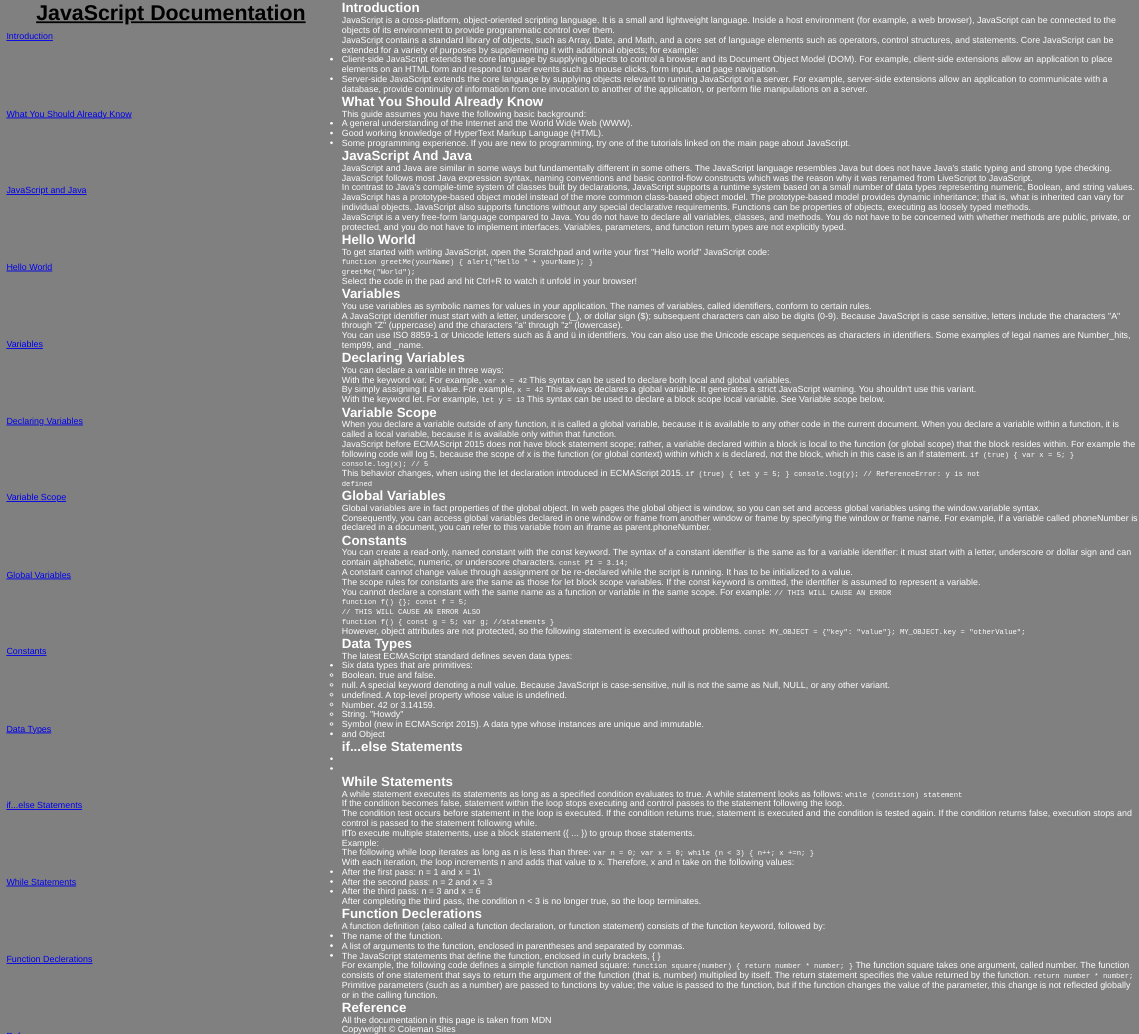
Repository: ctcoleman/technicalDocumentationPage
Page: index.html
These files come from the project's save history. The page is drawn as it stood at one moment and after a run of saves; the edit follows.
The browser window is 1280 px wide. The pictures show the whole page, at 89% of full size.

Above is the page before, as saved 2020-07-10 19:49:53.

### index.html
<!DOCTYPE html>
<html lang="en">

<head>
  <meta charset="UTF-8">
  <meta name="viewport" content="width=device-width, initial-scale=1.0">
  <title>FCC: Technical Documentation Page</title>
  <link type="text/css" rel="stylesheet" href="/assets/stylesheets/style.css">
</head>

<body>

  <nav id="navbar">
    <header id="main-heading">
      <h1>JavaScript Documentation</h1>
    </header>
    <div class="nav-container">
      <a class="nav-link" href="#introduction">Introduction</a>
      <a class="nav-link" href="#what_you_should_already_know">What You Should Already Know</a>
      <a class="nav-link" href="#javaScript_and_java">JavaScript and Java</a>
      <a class="nav-link" href="#hello_world">Hello World</a>
      <a class="nav-link" href="#variables">Variables</a>
      <a class="nav-link" href="#declaring_variables">Declaring Variables</a>
      <a class="nav-link" href="#variable_scope">Variable Scope</a>
      <a class="nav-link" href="#global_variables">Global Variables</a>
      <a class="nav-link" href="#constants">Constants</a>
      <a class="nav-link" href="#data_types">Data Types</a>
      <a class="nav-link" href="#if...else_statements">if...else Statements</a>
      <a class="nav-link" href="#while_statements">While Statements</a>
      <a class="nav-link" href="#function_declerations">Function Declerations</a>
      <a class="nav-link" href="#reference">Reference</a>
    </div>
  </nav>

  <main id="main-doc">

    <section class="main-section" id="introduction">
      <header class="topic-header">
        <h2>Introduction</h2>
      </header>
      <article>
        <p>
          JavaScript is a cross-platform, object-oriented scripting language. It is a small and lightweight language.
          Inside a host environment (for example, a web browser), JavaScript can be connected to the objects of its
          environment to provide programmatic control over them.
        </p>
        <p>
          JavaScript contains a standard library of objects, such as Array, Date, and Math, and a core set of language
          elements such as operators, control structures, and statements. Core JavaScript can be extended for a variety
          of purposes by supplementing it with additional objects; for example:
        <ul>
          <li>Client-side JavaScript extends the core language by supplying objects to control a browser and its
            Document Object Model (DOM). For example, client-side extensions allow an application to place elements on
            an HTML form and respond to user events such as mouse clicks, form input, and page navigation.</li>
          <li>Server-side JavaScript extends the core language by supplying objects relevant to running JavaScript on a
            server. For example, server-side extensions allow an application to communicate with a database, provide
            continuity of information from one invocation to another of the application, or perform file manipulations
            on a server.</li>
        </ul>
        </p>
      </article>
    </section>

    <section class="main-section" id="what_you_should_already_know">
      <header class="topic-header">
        <h2>What You Should Already Know</h2>
      </header>
      <article>
        <p>
          This guide assumes you have the following basic background:
        <ul>
          <li>A general understanding of the Internet and the World Wide Web (WWW).
          </li>
          <li>Good working knowledge of HyperText Markup Language (HTML).
          </li>
          <li>Some programming experience. If you are new to programming, try one of the tutorials linked on the main
            page about JavaScript.
          </li>
        </ul>
        </p>
      </article>
    </section>

    <section class="main-section" id="javaScript_and_java">
      <header class="topic-header">
        <h2>JavaScript And Java</h2>
      </header>
      <article>
        <p>
          JavaScript and Java are similar in some ways but fundamentally different in some others. The JavaScript
          language resembles Java but does not have Java's static typing and strong type checking. JavaScript follows
          most Java expression syntax, naming conventions and basic control-flow constructs which was the reason why it
          was renamed from LiveScript to JavaScript.
        </p>
        <p>
          In contrast to Java's compile-time system of classes built by declarations, JavaScript supports a runtime
          system based on a small number of data types representing numeric, Boolean, and string values. JavaScript has
          a prototype-based object model instead of the more common class-based object model. The prototype-based model
          provides dynamic inheritance; that is, what is inherited can vary for individual objects. JavaScript also
          supports functions without any special declarative requirements. Functions can be properties of objects,
          executing as loosely typed methods.
        </p>
        <p>
          JavaScript is a very free-form language compared to Java. You do not have to declare all variables, classes,
          and methods. You do not have to be concerned with whether methods are public, private, or protected, and you
          do not have to implement interfaces. Variables, parameters, and function return types are not explicitly
          typed.
        </p>
      </article>
    </section>

    <section class="main-section" id="hello_world">
      <header class="topic-header">
        <h2>Hello World</h2>
      </header>
      <article>
        <p>
          To get started with writing JavaScript, open the Scratchpad and write your first "Hello world" JavaScript
          code:
        </p>
        <code>
          function greetMe(yourName) { alert("Hello " + yourName); }<br>
          greetMe("World");
        </code>
        <p>
          Select the code in the pad and hit Ctrl+R to watch it unfold in your browser!
        </p>
      </article>
    </section>

    <section class="main-section" id="variables">
      <header class="topic-header">
        <h2>Variables</h2>
      </header>
      <article>
        <p>
          You use variables as symbolic names for values in your application. The names of variables, called
          identifiers, conform to certain rules.
        </p>
        <p>
          A JavaScript identifier must start with a letter, underscore (_), or dollar sign ($); subsequent characters
          can also be digits (0-9). Because JavaScript is case sensitive, letters include the characters "A" through "Z"
          (uppercase) and the characters "a" through "z" (lowercase).
        </p>
        <p>
          You can use ISO 8859-1 or Unicode letters such as å and ü in identifiers. You can also use the Unicode escape
          sequences as characters in identifiers. Some examples of legal names are Number_hits, temp99, and _name.
        </p>
      </article>
    </section>

    <section class="main-section" id="declaring_variables">
      <header class="topic-header">
        <h2>Declaring Variables</h2>
      </header>
      <article>
        <p>
          You can declare a variable in three ways:
        </p>
        <p>
          With the keyword var. For example,
          <code> var x = 42</code>
          This syntax can be used to declare both local and global variables.
        </p>
        <p>
          By simply assigning it a value. For example,
          <code>x = 42</code>
          This always declares a global variable. It generates a strict JavaScript warning. You shouldn't use this
          variant.
        </p>
        <p>
          With the keyword let. For example,
          <code>let y = 13</code>
          This syntax can be used to declare a block scope local variable. See Variable scope below.
        </p>
      </article>
    </section>

    <section class="main-section" id="variable_scope">
      <header class="topic-header">
        <h2>Variable Scope</h2>
      </header>
      <article>
        <p>
          When you declare a variable outside of any function, it is called a global variable, because it is available
          to any other code in the current document. When you declare a variable within a function, it is called a local
          variable, because it is available only within that function.
        </p>
        <p>
          JavaScript before ECMAScript 2015 does not have block statement scope; rather, a variable declared within a
          block is local to the function (or global scope) that the block resides within. For example the following code
          will log 5, because the scope of x is the function (or global context) within which x is declared, not the
          block, which in this case is an if statement.
          <code>if (true) { var x = 5; } console.log(x); // 5</code>
        </p>
        <p>
          This behavior changes, when using the let declaration introduced in ECMAScript 2015.
          <code>if (true) { let y = 5; } console.log(y); // ReferenceError: y is not<br>
          defined</code>
        </p>
      </article>
    </section>

    <section class="main-section" id="global_variables">
      <header class="topic-header">
        <h2>Global Variables</h2>
      </header>
      <article>
        <p>
          Global variables are in fact properties of the global object. In web pages the global object is window, so you
          can set and access global variables using the window.variable syntax.
        </p>
        <p>
          Consequently, you can access global variables declared in one window or frame from another window or frame by
          specifying the window or frame name. For example, if a variable called phoneNumber is declared in a document,
          you can refer to this variable from an iframe as parent.phoneNumber.
        </p>
      </article>
    </section>

    <section class="main-section" id="constants">
      <header class="topic-header">
        <h2>Constants</h2>
      </header>
      <article>
        <p>
          You can create a read-only, named constant with the const keyword. The syntax of a constant identifier is the
          same as for a variable identifier: it must start with a letter, underscore or dollar sign and can contain
          alphabetic, numeric, or underscore characters.
          <code>const PI = 3.14;</code>
        </p>
        <p>
          A constant cannot change value through assignment or be re-declared while the script is running. It has to be
          initialized to a value.
          <br>
          The scope rules for constants are the same as those for let block scope variables. If the const keyword is
          omitted, the identifier is assumed to represent a variable.
          <br>
          You cannot declare a constant with the same name as a function or variable in the same scope. For example:
          <code>
            // THIS WILL CAUSE AN ERROR<br> function f() {}; const f = 5;<br> // THIS WILL
            CAUSE AN ERROR ALSO<br> function f() { const g = 5; var g; //statements
            }
          </code>
        </p>
        <p>
          However, object attributes are not protected, so the following statement is executed without problems.

          <code>
            const MY_OBJECT = {"key": "value"}; MY_OBJECT.key = "otherValue";
          </code>
        </p>
      </article>
    </section>

    <section class="main-section" id="data_types">
      <header class="topic-header">
        <h2>Data Types</h2>
      </header>
      <article>
        <p>
          The latest ECMAScript standard defines seven data types:
        <ul>
          <li>Six data types that are primitives:</li>
          <ul>
            <li>Boolean. true and false.</li>
            <li>null. A special keyword denoting a null value. Because JavaScript is case-sensitive, null is not the
              same as Null, NULL,
              or any other variant.</li>
            <li>undefined. A top-level property whose value is undefined.</li>
            <li>Number. 42 or 3.14159.</li>
            <li>String. "Howdy"</li>
            <li>Symbol (new in ECMAScript 2015). A data type whose instances are unique and immutable.</li>
          </ul>
          <li>and Object</li>
        </ul>
        </p>
        <p>

        </p>
      </article>
    </section>

    <section class="main-section" id="if...else_statements">
      <header class="topic-header">
        <h2>if...else Statements</h2>
      </header>
      <article>
        <p>
        <ul>
          <li></li>
          <li></li>
        </ul>
        </p>
        <p>

        </p>
      </article>
    </section>

    <section class="main-section" id="while_statements">
      <header class="topic-header">
        <h2>While Statements</h2>
      </header>
      <article>
        <p>
          A while statement executes its statements as long as a specified condition evaluates to true. A while
          statement looks as
          follows:
          <code>while (condition) statement</code>
        </p>
        <p>
          If the condition becomes false, statement within the loop stops executing and control passes to the statement
          following the loop.
          <br>
          The condition test occurs before statement in the loop is executed. If the condition returns true, statement
          is executed and the condition is tested again. If the condition returns false, execution stops and control is
          passed to the statement following while.
        </p>
        <p>
          IfTo execute multiple statements, use a block statement ({ ... }) to group those statements.
          <br>
          Example:
          <br>
          The following while loop iterates as long as n is less than three:
          <code>
            var n = 0; var x = 0; while (n < 3) { n++; x +=n; }
          </code>
        </p>
        <p>
          With each iteration, the loop increments n and adds that value to x. Therefore, x and n take on the following
          values:
        <ul>
          <li>
            After the first pass: n = 1 and x = 1\
          </li>
          <li>
            After the second pass: n = 2 and x = 3
          </li>
          <li>
            After the third pass: n = 3 and x = 6
          </li>
        </ul>
        After completing the third pass, the condition n < 3 is no longer true, so the loop terminates. </p>
      </article>
    </section>

    <section class="main-section" id="function_declerations">
      <header class="topic-header">
        <h2>Function Declerations</h2>
      </header>
      <article>
        <p>
          A function definition (also called a function declaration, or function statement) consists of the function
          keyword, followed by:
        <ul>
          <li>The name of the function.</li>
          <li>A list of arguments to the function, enclosed in parentheses and separated by commas.</li>
          <li>The JavaScript statements that define the function, enclosed in curly brackets, { }</li>
        </ul>
        </p>
        For example, the following code defines a simple function named square:
        <code>function square(number) { return number * number; }</code>
        The function square takes one argument, called number. The function consists of one statement that says to
        return the
        argument of the function (that is, number) multiplied by itself. The return statement specifies the value
        returned by
        the function.
        <code>return number * number;</code>

        <p>
          Primitive parameters (such as a number) are passed to functions by value; the value is passed to the function,
          but if the function changes the value of the parameter, this change is not reflected globally or in the
          calling function.
        </p>
      </article>
    </section>

    <section class="main-section" id="reference">
      <header class="topic-header">
        <h2>Reference</h2>
      </header>
      <article>
        <p>
          All the documentation in this page is taken from MDN
          <p />
      </article>
    </section>

    <footer id="footer-wrapper">
      <span>Copywright &copy; Coleman Sites</span>
    </footer>
  </main>
  <script src="https://cdn.freecodecamp.org/testable-projects-fcc/v1/bundle.js"></script>
</body>

</html>

### assets/stylesheets/style.css
/** Basic Styling **/
* {
  margin: 0;
  padding: 0;
  outline: 0;
  box-sizing: border-box;
}

body {
 background: grey;
 color: white;
 -webkit-font-smoothing: antialiased;
 display: flex;
}

body,
input,
button {
 font-size: 62.5%;
 font-family: 'Helvetica';
}

button {
 cursor: pointer;
}

/** NavBar Styling **/
#navbar {
  width: 40vw;
}
/** Heading Stying **/

#main-heading {
  width: 30vw;
  text-align: center;
  text-decoration: underline;
  color: black;
}

#main-heading h1 {
  font-size: 1.5rem;
}

.nav-container {
  position: fixed;
  left: 0;
  display: flex;
  flex-direction: column;
}

.nav-container .nav-link {
  display: inline-block;
  width: 15vw;
  height: 10vh;
  margin: 1vh;
}

After the next 4 saves:
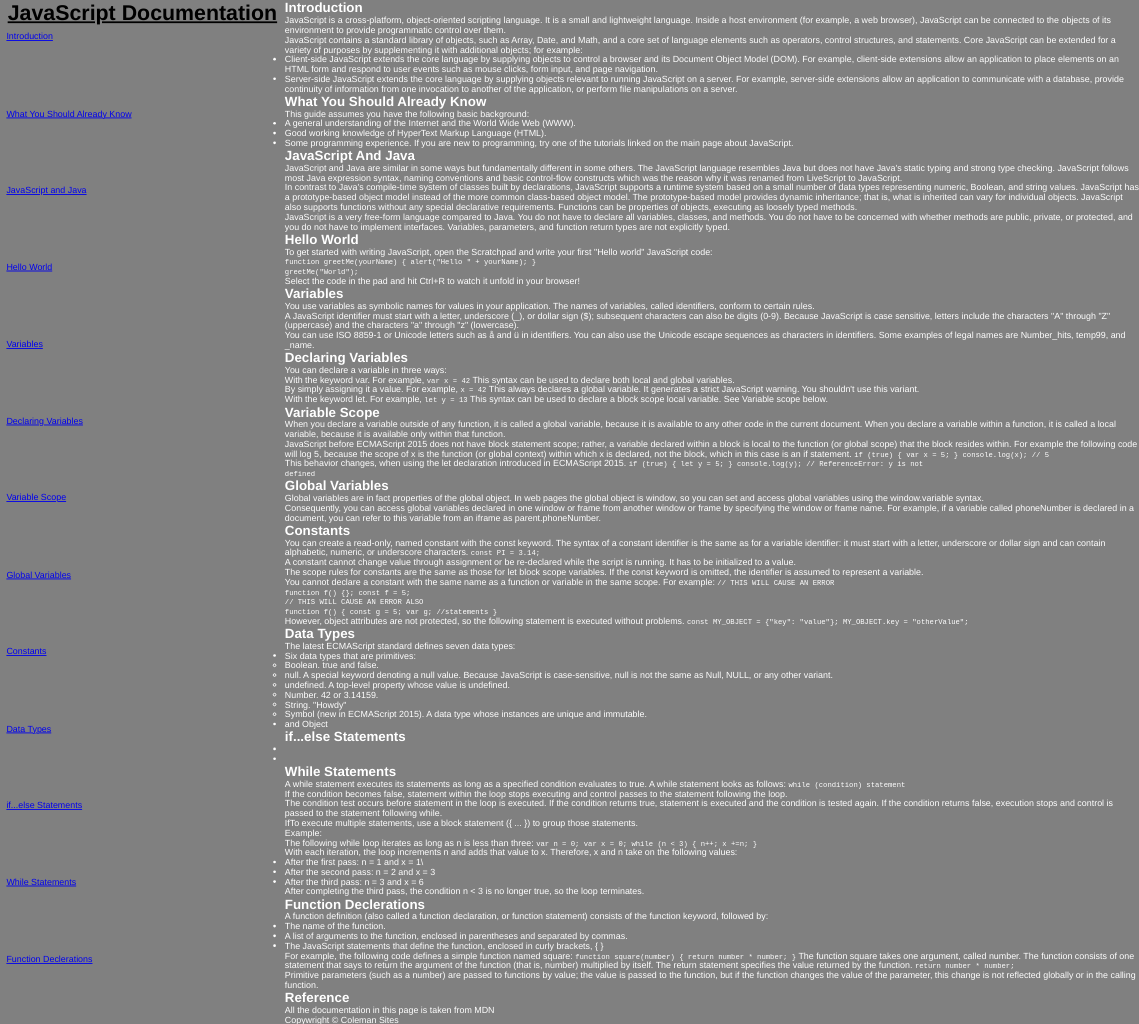
The 4 saves are shown as one change because they came seconds apart.
The last was saved 19 s later.
--- a/assets/stylesheets/style.css
+++ b/assets/stylesheets/style.css
@@ -26,12 +26,12 @@ button {
 
 /** NavBar Styling **/
 #navbar {
-  width: 40vw;
+  width: 25vw;
 }
 /** Heading Stying **/
 
 #main-heading {
-  width: 30vw;
+  width: 25vw;
   text-align: center;
   text-decoration: underline;
   color: black;
